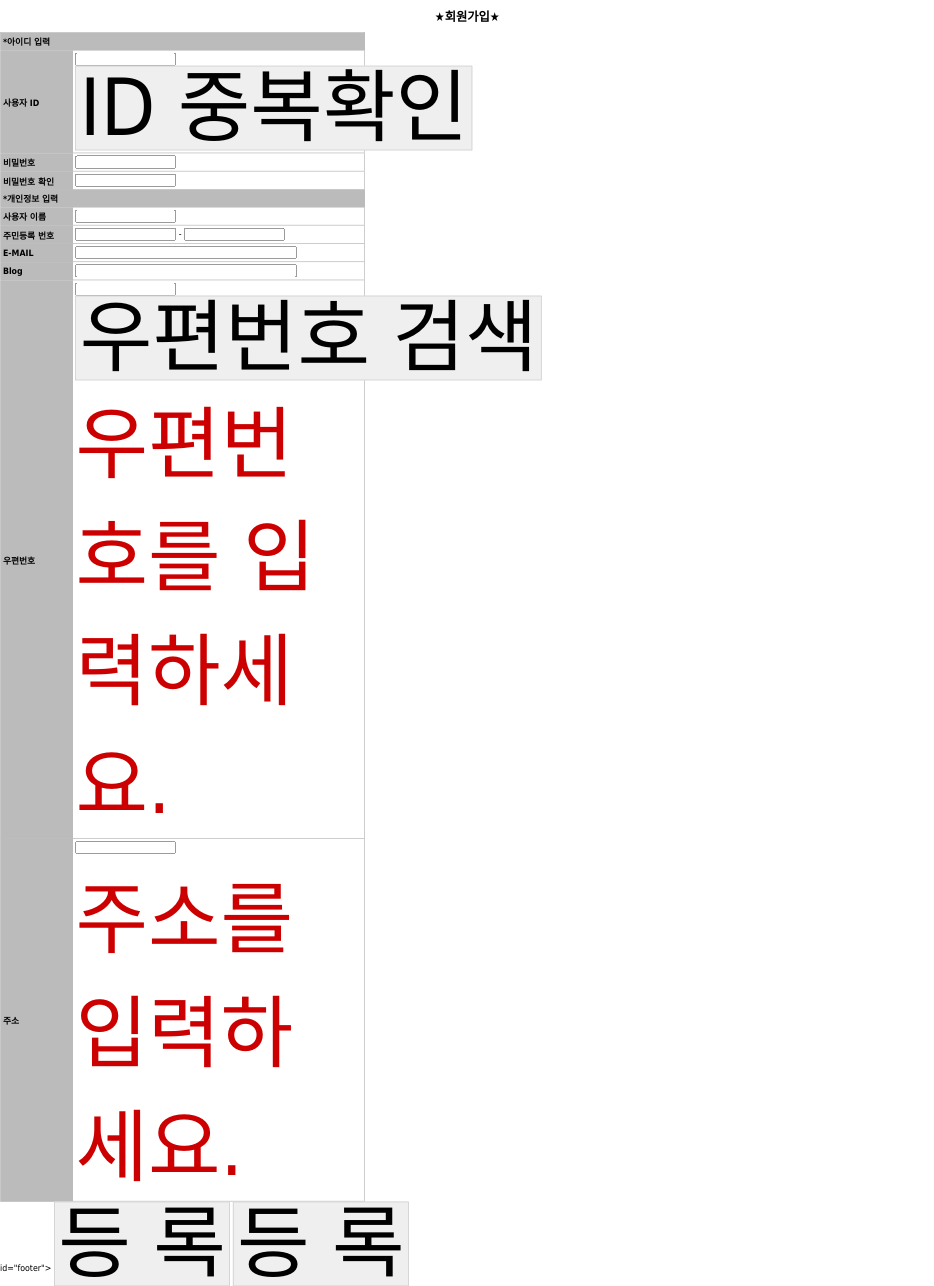
Repository: eParkjongtaek/lovedisket
Page: http://localhost/KH18_1/0904/inputForm.jsp
The author's editor kept a copy of each file at every save. The page is drawn from the files as they stood at one save, then again after the next save.
The browser window is 1280 px wide. The pictures show the whole page, at 73% of full size.
The page is served by Tomcat 9.

Above is the page before, as saved 2017-09-04 04:27:24.

After the next save:
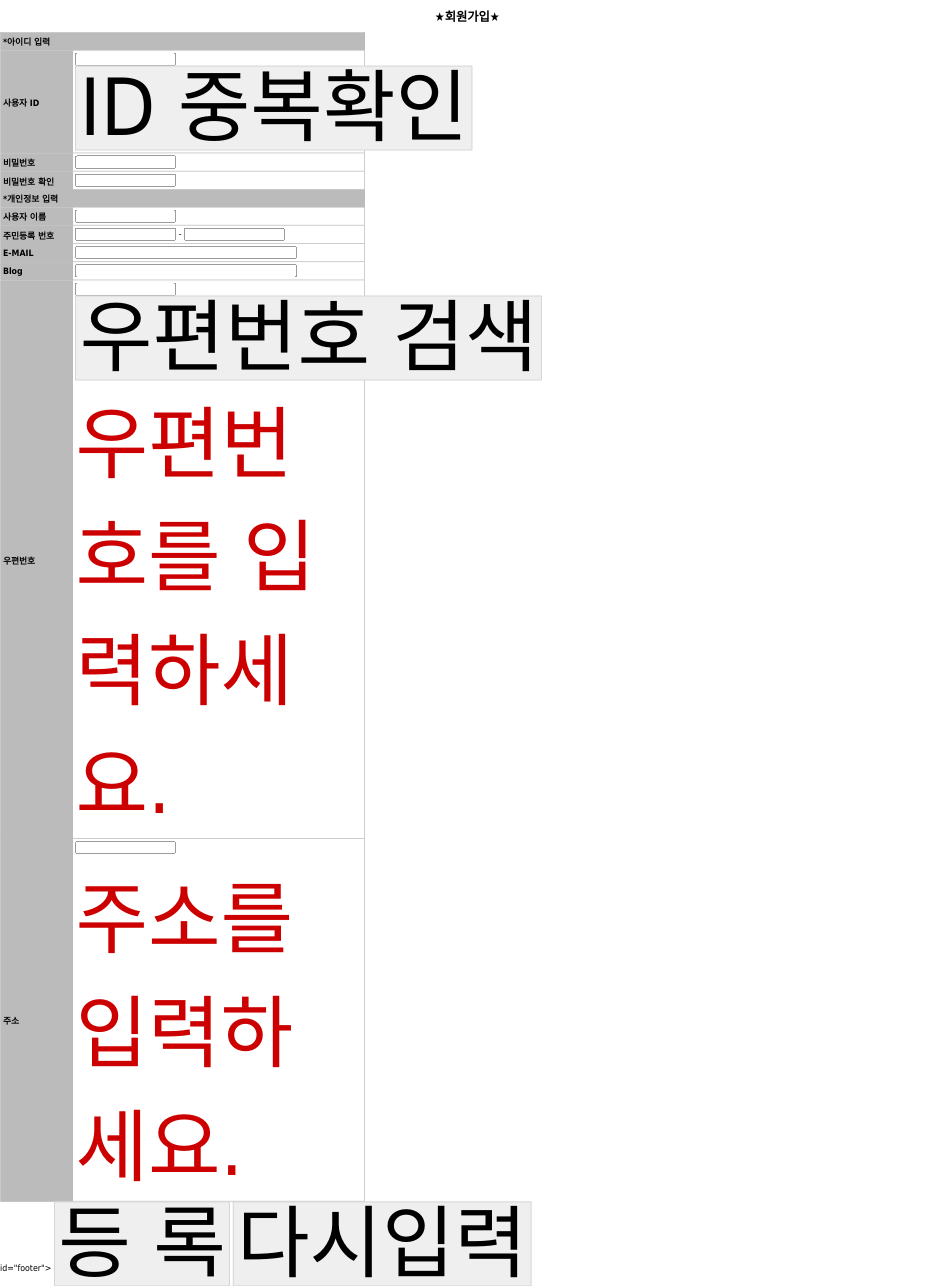
Saved 6 s later.
--- a/source/KH18_1/WebContent/0904/inputForm.jsp
+++ b/source/KH18_1/WebContent/0904/inputForm.jsp
@@ -127,7 +127,7 @@ function checkIt()
 		</div>
 		<div> id="footer">
 			<input type="submit" name="confirm" class="inputBtn" value="등 록" />
-			<input type="reset" name="reset" class="inputBtn" value="등 록" />
+			<input type="reset" name="reset" class="inputBtn" value="다시입력" />
 		</div>
 
 	</form>
